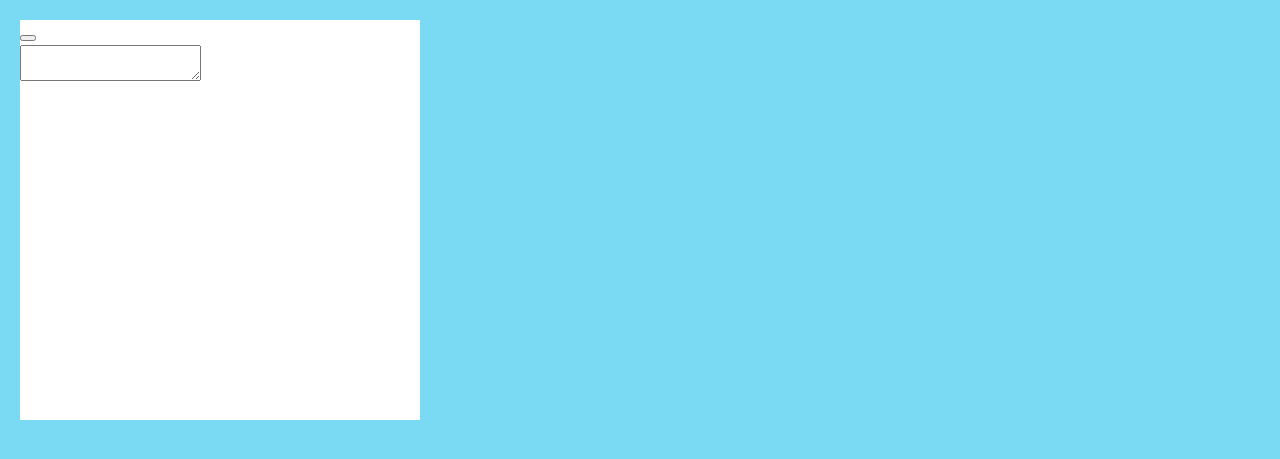
Repository: kate30980/projects-js-practice
Page: notes-app/index.html
These files come from the project's save history. The page is drawn as it stood at one moment and after the next save; the edit follows.
The browser window is 1280 px wide. The pictures show the whole page.

Above is the page before, as saved 2021-09-12 09:04:08.

### notes-app/index.html
<!DOCTYPE html>
<html lang="en">

<head>
    <meta charset="UTF-8" />
    <meta name="viewport" content="width=device-width, initial-scale=1.0" />
    <title>Notes App</title>
    <link rel="stylesheet" href="style.css" />
    <link rel="stylesheet" href="https://cdnjs.cloudflare.com/ajax/libs/font-awesome/5.15.4/css/all.min.css">
    <script src="script.js" defer></script>
</head>

<body>
    <div class="notes">
        <div class="tools">
            <button></button>
        </div>
        <textarea></textarea>
    </div>
</body>

</html>

### notes-app/style.css
@import url("https://fonts.googleapis.com/css2?family=Poppins:wght@200;400;600&display=swap");

* {
  box-sizing: border-box;
}

body {
  font-family: "Poppins", sans-serif;
  margin: 0;
  background-color: #7bdaf3;
  display: flex;
  flex-wrap: wrap;
}
.notes {
  width: 400px;
  height: 400px;
  background-color: white;
  margin: 20px;
}

Loaded but not shown: notes-app/script.js (no copy from this time; the picture is the same without it)

After the next save:
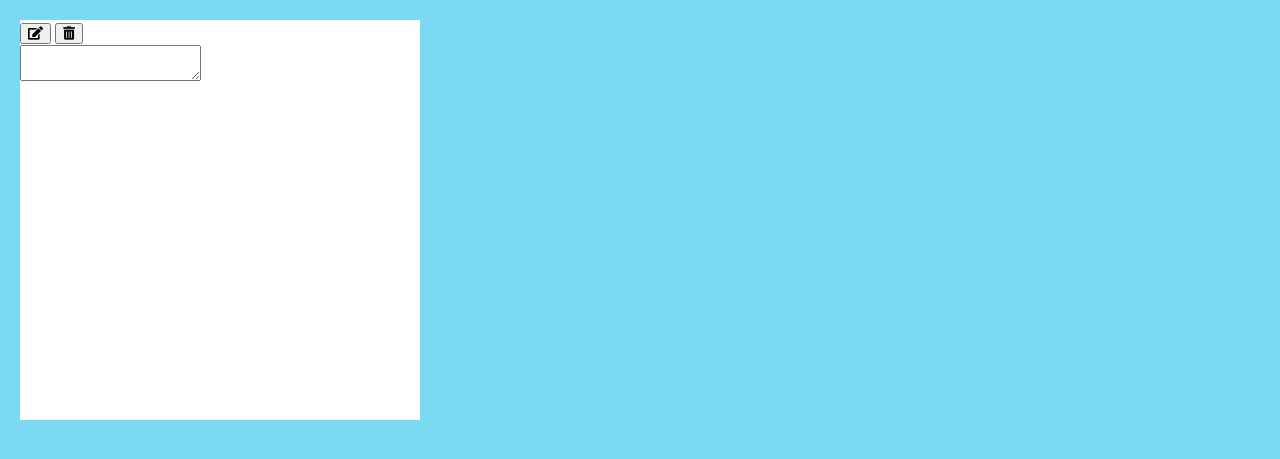
Saved 60 s later.
--- a/notes-app/index.html
+++ b/notes-app/index.html
@@ -13,7 +13,8 @@
 <body>
     <div class="notes">
         <div class="tools">
-            <button></button>
+            <button><i class="fas fa-edit"></i></button>
+            <button><i class="fas fa-trash-alt"></i></button>
         </div>
         <textarea></textarea>
     </div>
